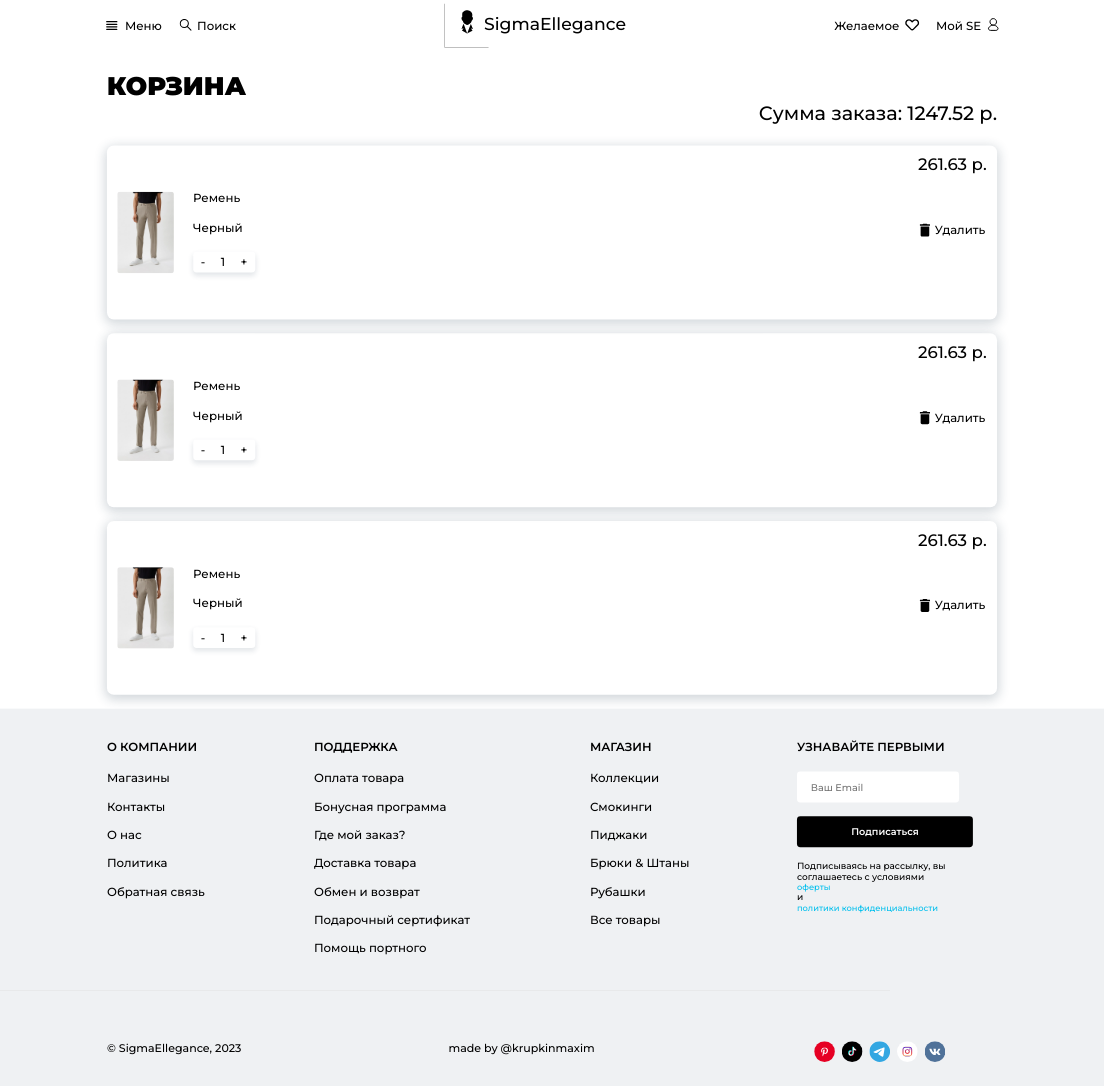
Repository: MaksimKrupkin/SigmaEllegance
Page: /cart
These files come from the project's save history. The page is drawn as it stood at one moment and after a run of saves; the edit follows.
The browser window is 1280 px wide. The page is 1600 px wide, so the pictures cover 1600 px, including what lies to the right of the window. The pictures show the whole page, at 69% of full size.
Some web fonts or font styles are not loaded; a fallback is used. The project was rebuilt for these pictures with package versions that can differ from the ones it lists, and the page was loaded fresh each time. Also part of the build but not shown: src/Components/SideBar/SideBar.module.css, src/Components/SideBar/SideBar.jsx, src/Pages/HomePage.module.css, src/Components/SliderWrapper/SliderWrapper.module.css, src/Components/SliderCard/SliderCard.module.css, src/Components/SliderCard/SliderCard.jsx, src/Components/LeftArrow/LeftArrow.module.css, src/Components/LeftArrow/LeftArrow.jsx and 31 more.

Above is the page before, as saved 2023-12-19 20:10:40.

After the next 2 saves:
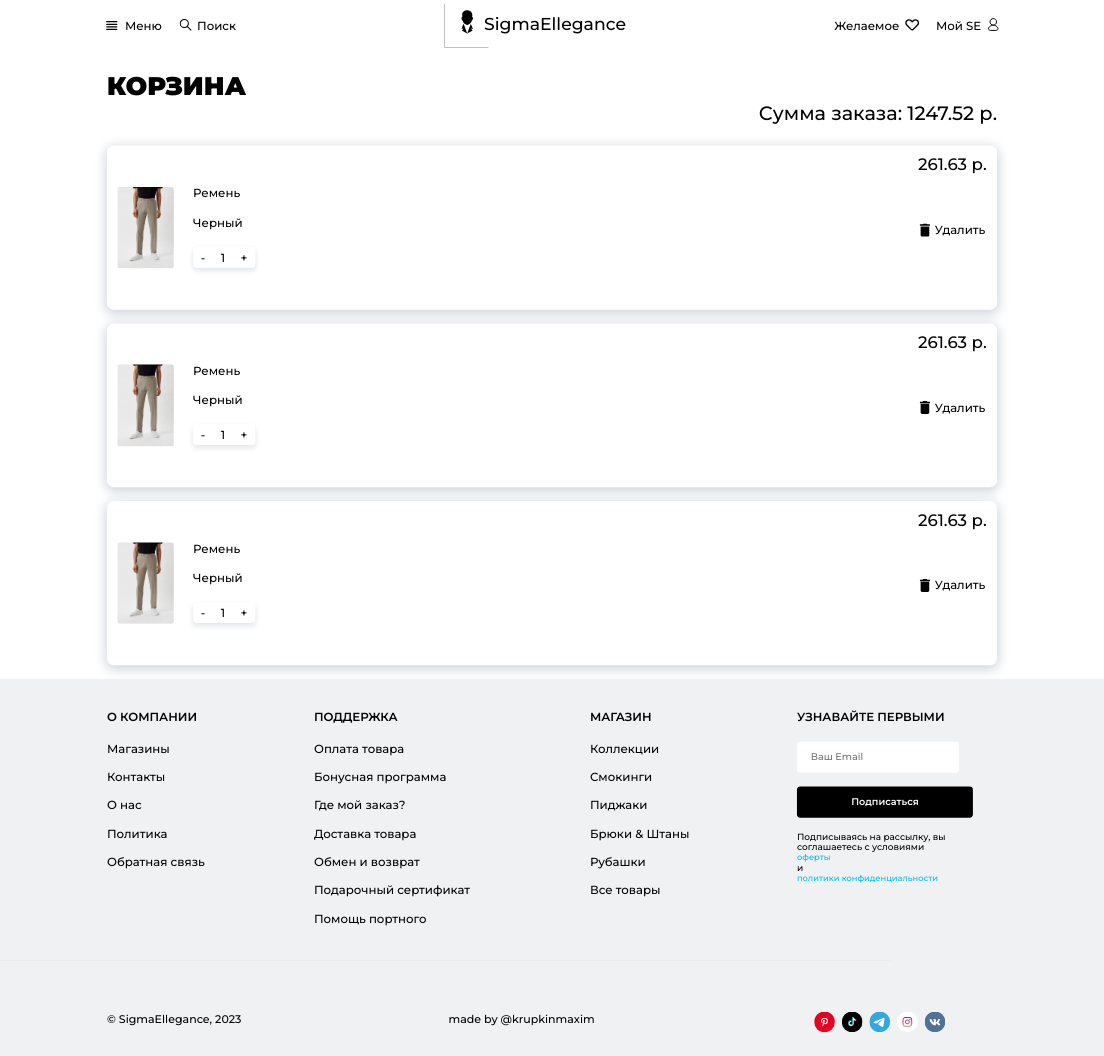
The 2 saves are shown as one change because they came seconds apart.
The last was saved 7 s later.
--- a/src/Pages/Cart/CartGood/CartGood.module.css
+++ b/src/Pages/Cart/CartGood/CartGood.module.css
@@ -2,7 +2,7 @@
   padding: 15px;
 
   width: 100%;
-  height: 35vh;
+  height: 33vh;
   border-radius: 10px;
   display: flex;
   justify-content: space-between;
